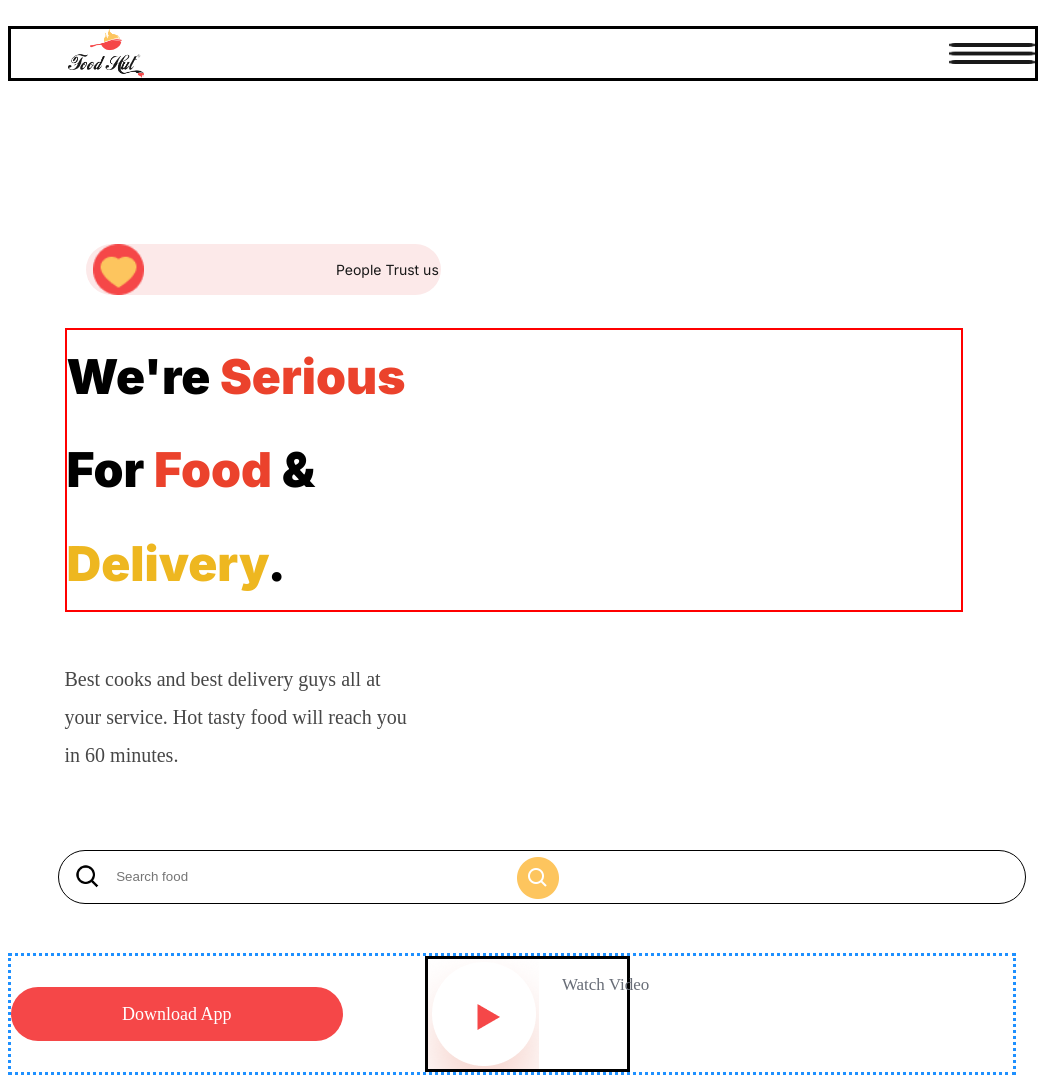
Repository: ReyhanehRahmani/Food-Hut
Page: FoodHut.html
An editor plug-in stored every save of this project. The page is shown before and after the next save, followed by the edit.
The browser window is 1024 px wide. The page is 1038 px wide, so the pictures cover 1038 px, including what lies to the right of the window. The pictures show the whole page.
Some web fonts or font styles are not loaded; a fallback is used.

Above is the page before, as saved 2025-05-28 23:51:16.

After the next save:
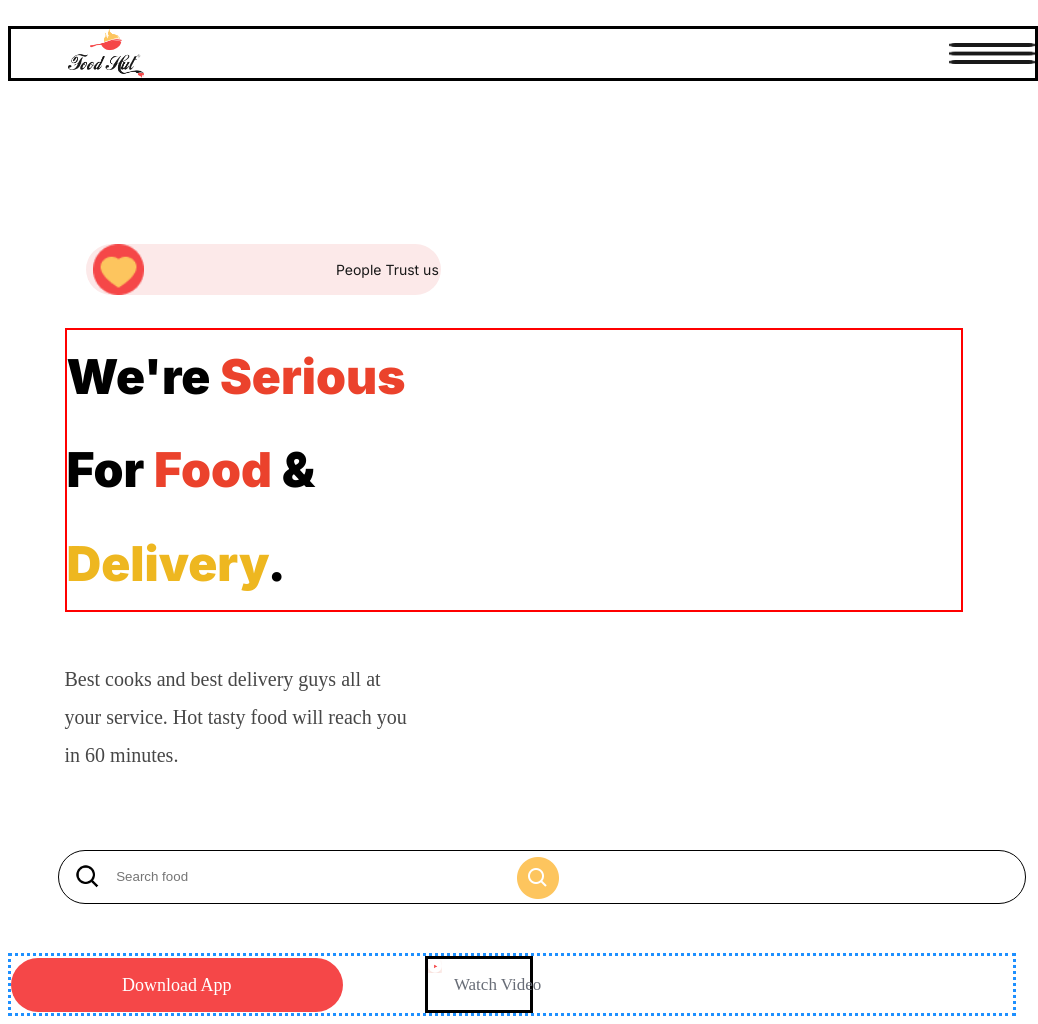
Saved 6 min 44 s later.
--- a/FoodHut.css
+++ b/FoodHut.css
@@ -214,7 +214,7 @@
 }
 
 #PlayButton{
-    height: 14%;
+    height: 14px;
 }
 
 .navlaptop{

After the save that followed:
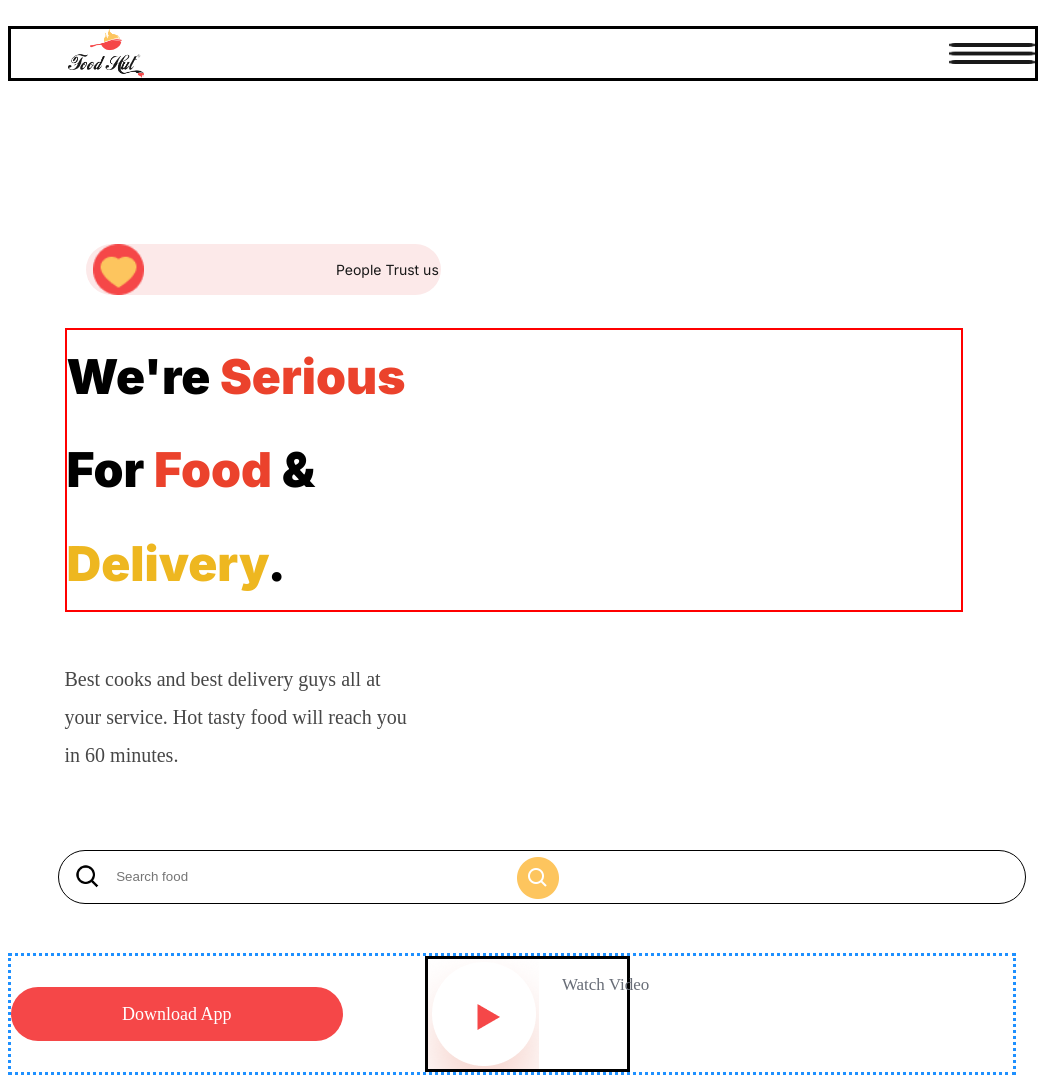
Saved 9 s later.
--- a/FoodHut.css
+++ b/FoodHut.css
@@ -214,7 +214,7 @@
 }
 
 #PlayButton{
-    height: 14px;
+    height: 14%;
 }
 
 .navlaptop{
